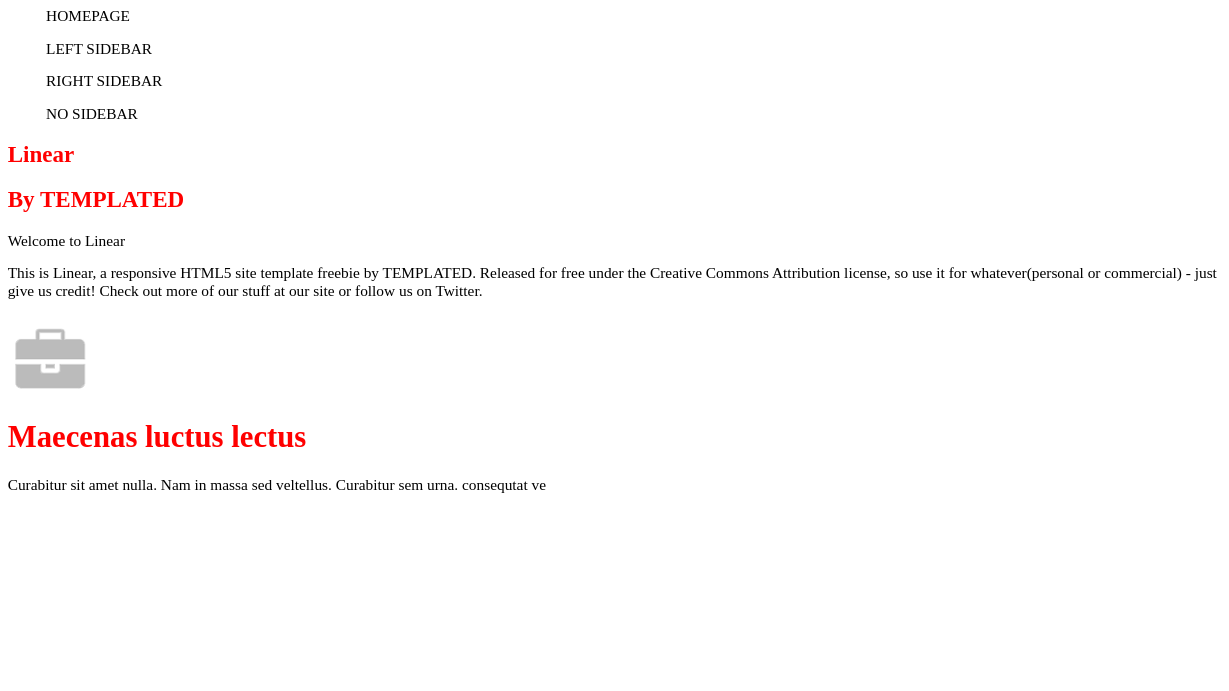
Repository: zhaojing/ThreeWeek
Page: week1.html
An editor plug-in stored every save of this project. The page is shown before and after the next save, followed by the edit.
The browser window is 1280 px wide. The pictures show the whole page, at 96% of full size.

Above is the page before, as saved 2018-04-24 18:03:43.

### week1.html
<html lang="en">
<head>
    <meta charset="UTF-8">
    <meta name="viewport" content="width=device-width, initial-scale=1.0">
    <meta http-equiv="X-UA-Compatible" content="ie=edge">
    <title>3 weeks 3 pages first week</title>
    <link href="./css/first-page.css" rel="stylesheet">
</head>
<body>
    <header>
        <nav>
            <ul>HOMEPAGE</ul>
            <ul>LEFT SIDEBAR</ul>
            <ul>RIGHT SIDEBAR</ul>
            <ul>NO SIDEBAR</ul>
        </nav>
        <section>
            <h1>Linear</h1>
            <h1>By TEMPLATED</h1>
        </section>
    </header>
    <div>
     <P>Welcome to Linear</P>
     <P>This is Linear, a responsive HTML5 site template freebie by TEMPLATED. Released for free under the Creative Commons Attribution license, so use it for whatever(personal or commercial) - just give us credit! Check out more of our stuff at our site or follow us on Twitter.</P>
    </div>
    <div>
        <div>
            <img src="images/icon1.png"/>
            <h1>Maecenas luctus lectus</h1>
            <P>Curabitur sit amet nulla. Nam in massa sed veltellus. Curabitur sem urna. consequtat ve</P>
        </div>


    </div>

</body>
</html>

Loaded but not shown: css/first-page.css (common file)

After the next save:
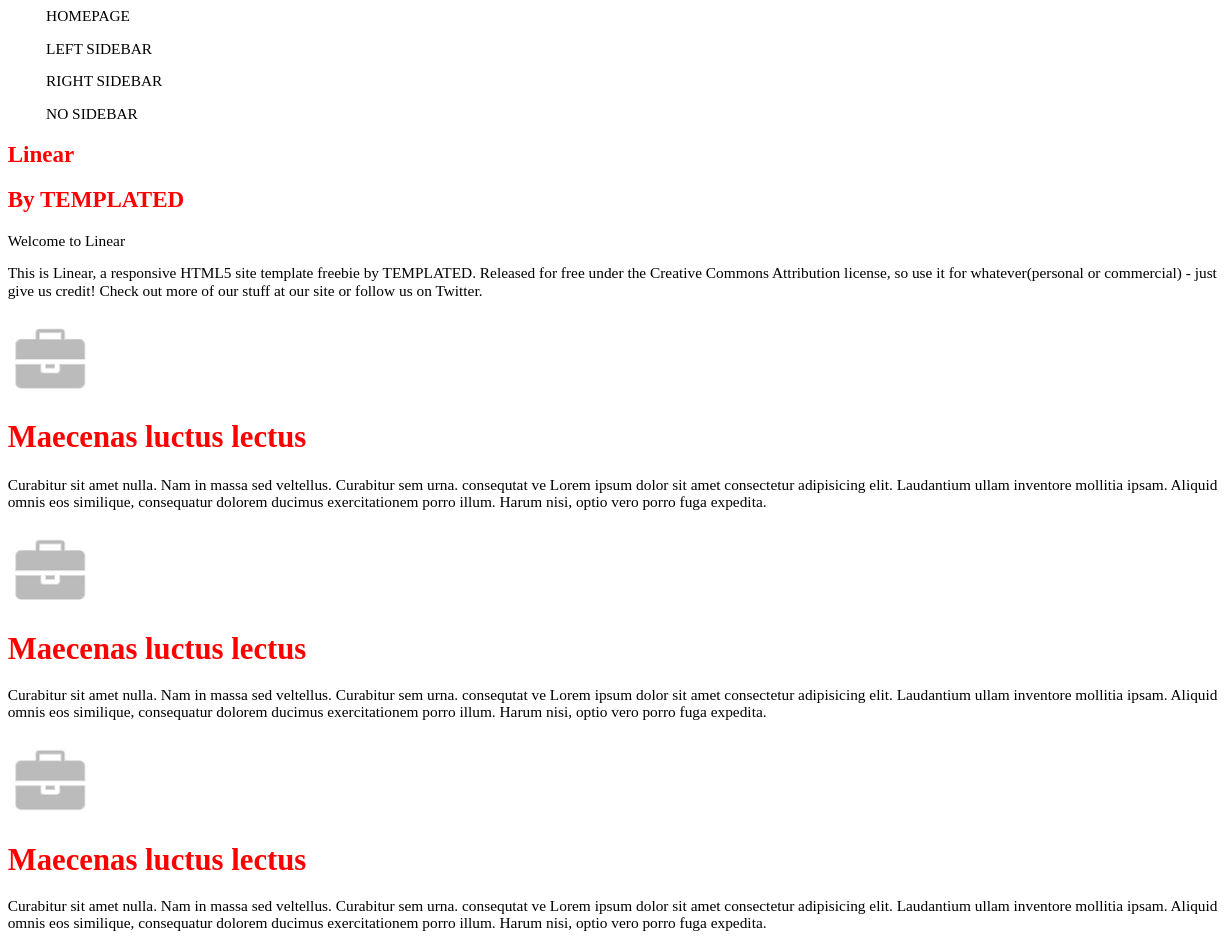
Saved 40 s later.
--- a/week1.html
+++ b/week1.html
@@ -27,7 +27,17 @@
         <div>
             <img src="images/icon1.png"/>
             <h1>Maecenas luctus lectus</h1>
-            <P>Curabitur sit amet nulla. Nam in massa sed veltellus. Curabitur sem urna. consequtat ve</P>
+            <P>Curabitur sit amet nulla. Nam in massa sed veltellus. Curabitur sem urna. consequtat ve Lorem ipsum dolor sit amet consectetur adipisicing elit. Laudantium ullam inventore mollitia ipsam. Aliquid omnis eos similique, consequatur dolorem ducimus exercitationem porro illum. Harum nisi, optio vero porro fuga expedita.</P>
+        </div>
+        <div>
+                <img src="images/icon1.png"/>
+                <h1>Maecenas luctus lectus</h1>
+                <P>Curabitur sit amet nulla. Nam in massa sed veltellus. Curabitur sem urna. consequtat ve Lorem ipsum dolor sit amet consectetur adipisicing elit. Laudantium ullam inventore mollitia ipsam. Aliquid omnis eos similique, consequatur dolorem ducimus exercitationem porro illum. Harum nisi, optio vero porro fuga expedita.</P>
+        </div>
+        <div>
+                <img src="images/icon1.png"/>
+                <h1>Maecenas luctus lectus</h1>
+                <P>Curabitur sit amet nulla. Nam in massa sed veltellus. Curabitur sem urna. consequtat ve Lorem ipsum dolor sit amet consectetur adipisicing elit. Laudantium ullam inventore mollitia ipsam. Aliquid omnis eos similique, consequatur dolorem ducimus exercitationem porro illum. Harum nisi, optio vero porro fuga expedita.</P>
         </div>
 
 
